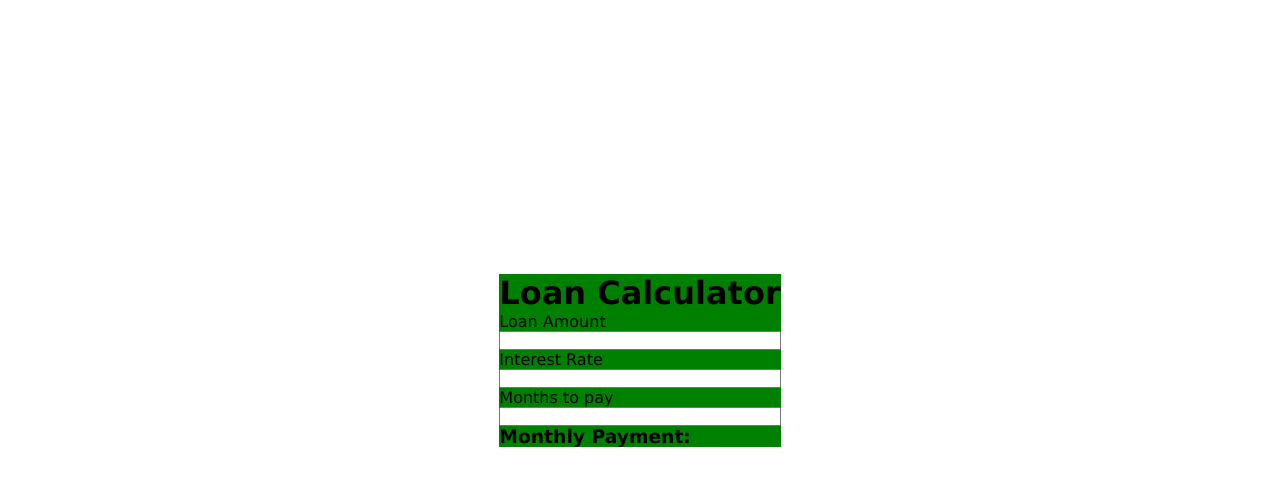
Repository: Ankitkr2021/Loan-Calculator
Page: index.html
An editor plug-in stored every save of this project. The page is shown before and after the next save, followed by the edit.
The browser window is 1280 px wide. The pictures show the whole page.

Above is the page before, as saved 2025-10-28 08:50:14.

### index.html
<!DOCTYPE html>
<html lang="en">
<head>
    <meta charset="UTF-8">
    <meta name="viewport" content="width=device-width, initial-scale=1.0">
    <title>Loan Calculator</title>
    <link rel="stylesheet" href="./style.css">
</head>
<body>
    <div class="box">
        <h1>Loan Calculator</h1>
        <span>Loan Amount</span>
        <input type="number">
        <span>Interest Rate</span>
        <input type="number">
        <span>Months to pay</span>
        <input type="number">
        <h3>Monthly Payment:<span></span></h3>
    </div>
</body>
</html>

### style.css
*{
    margin: 0;
    padding: 0;
    box-sizing: border-box;
    font-family:'Lucida Sans', 'Lucida Sans Regular', 'Lucida Grande', 'Lucida Sans Unicode', Geneva, Verdana, sans-serif;
}

body{
    display: flex;
    align-items: center;
    justify-content: center;
    height: 100vh;
    width: 100%;
}

.box{
    display: flex;
    flex-direction: column;
    background: green;
}

After the next save:
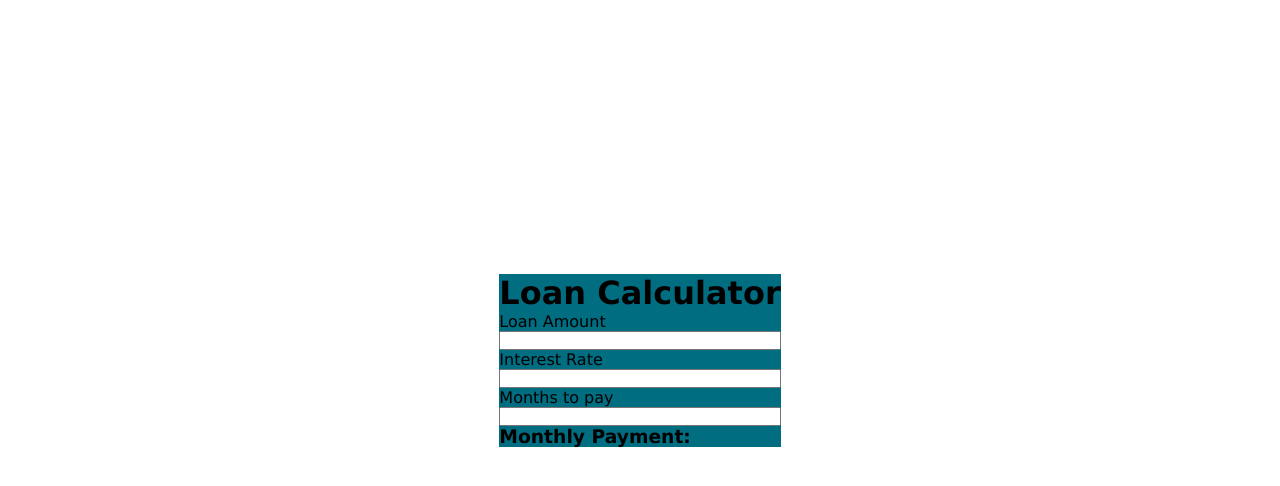
Saved 9 s later.
--- a/style.css
+++ b/style.css
@@ -16,5 +16,5 @@
 .box{
     display: flex;
     flex-direction: column;
-    background: green;
+    background: rgb(0, 109, 128);
 }
